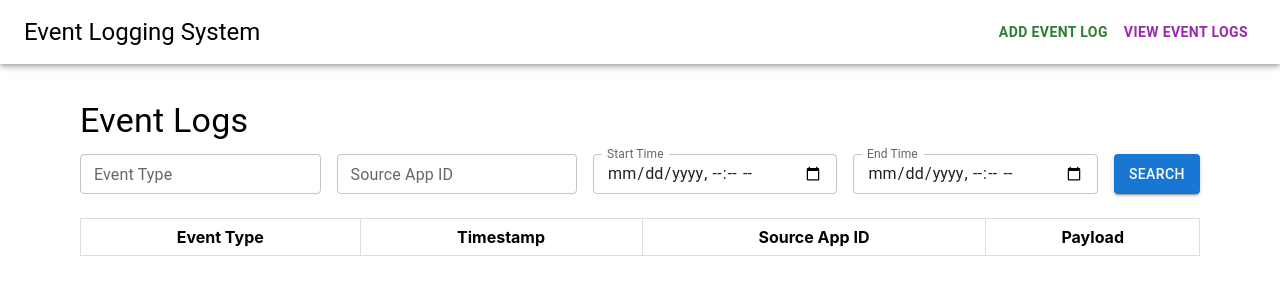
Repository: sayan0fficial/ErrorLogSys
Page: /viewlogs (app in frontend/)
The author's editor kept a copy of each file at every save. The page is drawn from the files as they stood at one save, then again after the next save.
The browser window is 1280 px wide. The pictures show the whole page.
The page's requests for data from a server got no answer. The project was rebuilt for these pictures with package versions that can differ from the ones it lists, and the page was loaded fresh each time. No one was signed in, and anything a server would have sent is missing. Also part of the build but not shown: frontend/src/components/eventLogForm.js.

Above is the page before, as saved 2024-11-25 05:55:35.

After the next save:
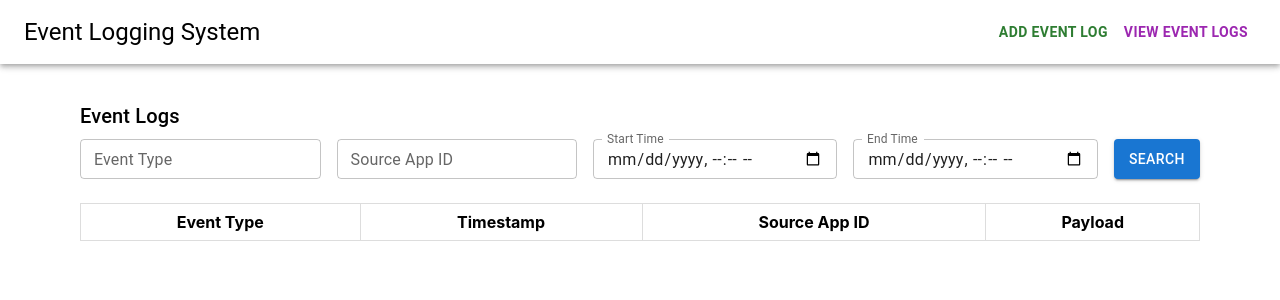
Saved 35 s later.
--- a/frontend/src/components/eventLogList.js
+++ b/frontend/src/components/eventLogList.js
@@ -46,7 +46,7 @@ const EventLogList = () => {
 
   return (
     <Box sx={{ padding: 2 }}>
-      <Typography variant="h4" gutterBottom>
+      <Typography variant="h6" gutterBottom>
         Event Logs
       </Typography>
 
